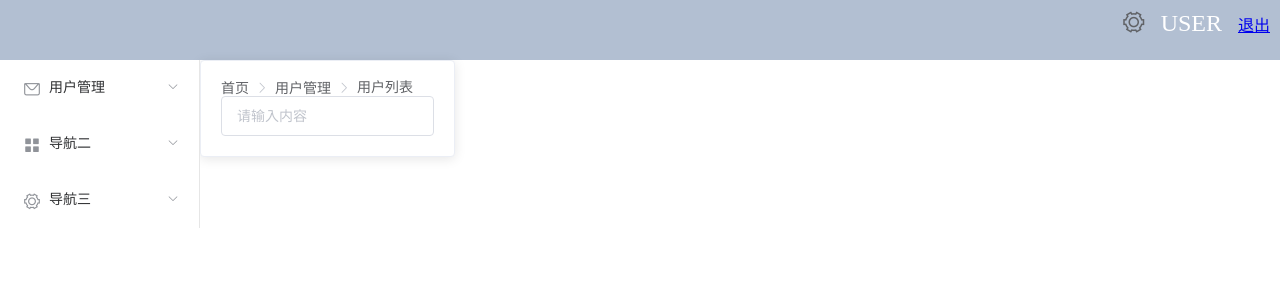
Repository: euphor1azzy/testlist
Page: /#/users (app in list/)
These files come from the project's save history. The page is drawn as it stood at one moment and after the next save; the edit follows.
The browser window is 1280 px wide. The pictures show the whole page.
The project was rebuilt for these pictures with package versions that can differ from the ones it lists, and the page was loaded fresh each time. Also part of the build but not shown: list/src/views/login/login.vue.

Above is the page before, as saved 2020-08-25 17:20:12.

After the next save:
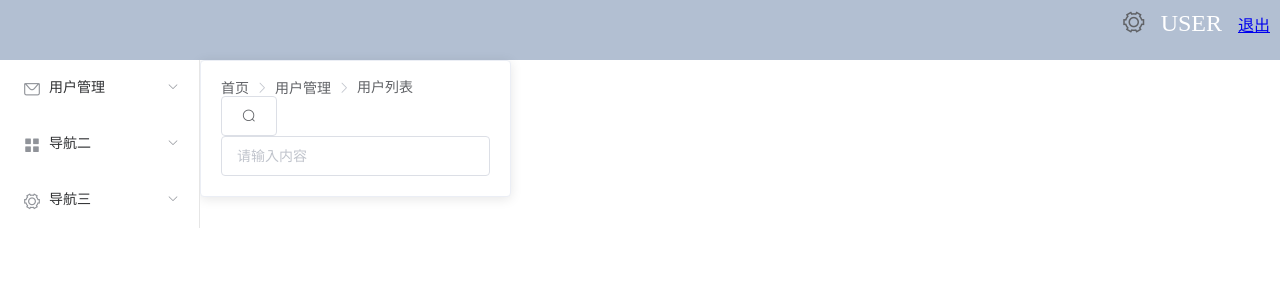
Saved 23 s later.
--- a/list/src/components/users/users.vue
+++ b/list/src/components/users/users.vue
@@ -12,7 +12,7 @@
     <!-- 搜索 -->
     <el-row>
         <el-col>
-                     <el-button slot="append" icon="el-icon-search"></el-button>
+                     <el-button  icon="el-icon-search"></el-button>
                      <el-input placeholder="请输入内容" v-model="input3" class="input-with-select">
                      </el-input>
         </el-col>

After the save that followed:
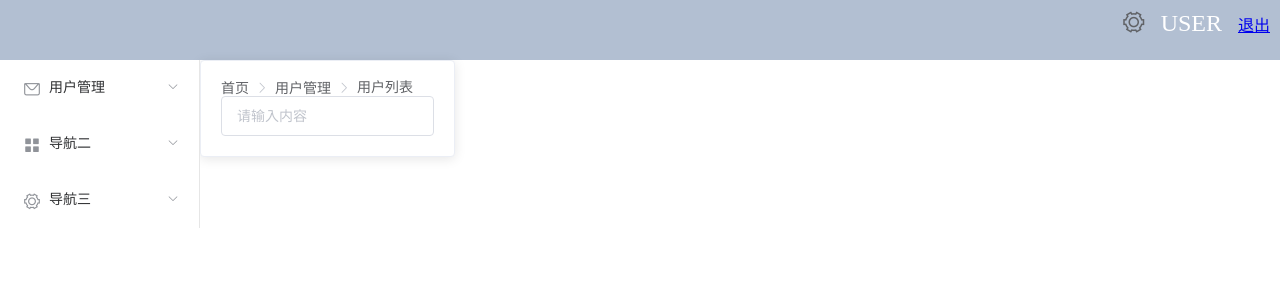
Saved 57 s later.
--- a/list/src/components/users/users.vue
+++ b/list/src/components/users/users.vue
@@ -12,8 +12,9 @@
     <!-- 搜索 -->
     <el-row>
         <el-col>
-                     <el-button  icon="el-icon-search"></el-button>
+
                      <el-input placeholder="请输入内容" v-model="input3" class="input-with-select">
+                          <el-button  icon="el-icon-search"></el-button>
                      </el-input>
         </el-col>
     </el-row>
